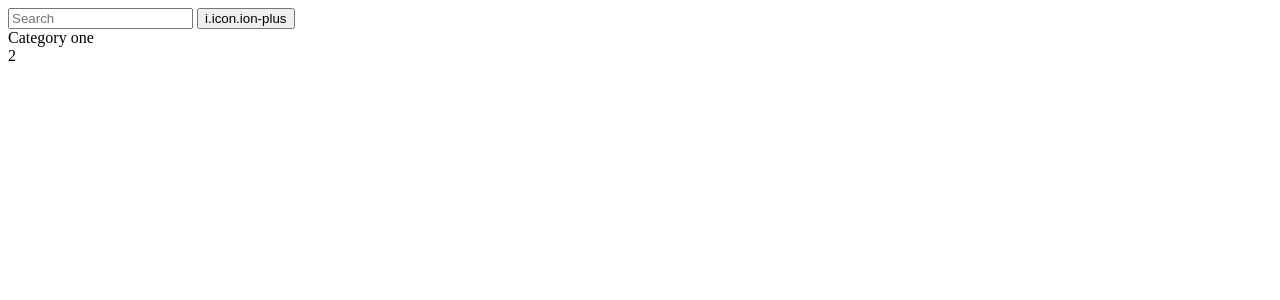
Repository: dvbondoy/peddler-pos
Page: www/product/templates/categories.html
These files come from the project's save history. The page is drawn as it stood at one moment and after the next save; the edit follows.
The browser window is 1280 px wide. The pictures show the whole page.

Above is the page before, as saved 2016-12-05 22:59:02.

After the next save:
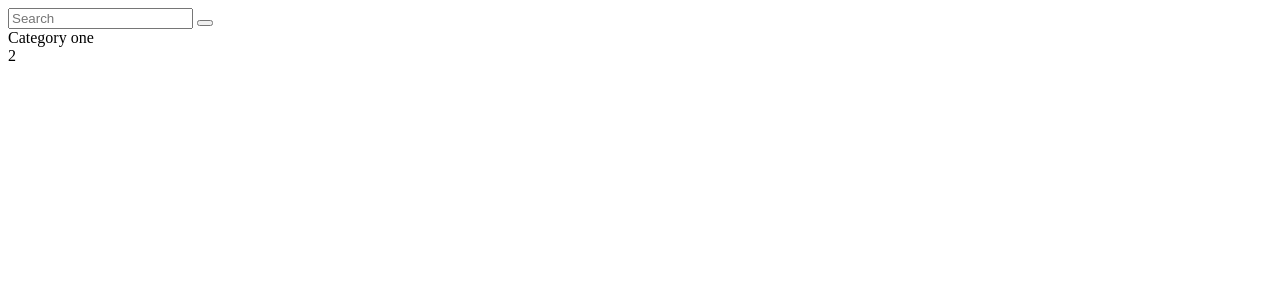
Saved 7 s later.
--- a/www/product/templates/categories.html
+++ b/www/product/templates/categories.html
@@ -5,7 +5,7 @@
       <input type="search" placeholder="Search">
     </label>
     <button class="button">
-      i.icon.ion-plus
+      <i class="icon ion-plus"></i>
     </button>
       <!--<h2 class="title">Sub Header</h2>-->
     </div>
